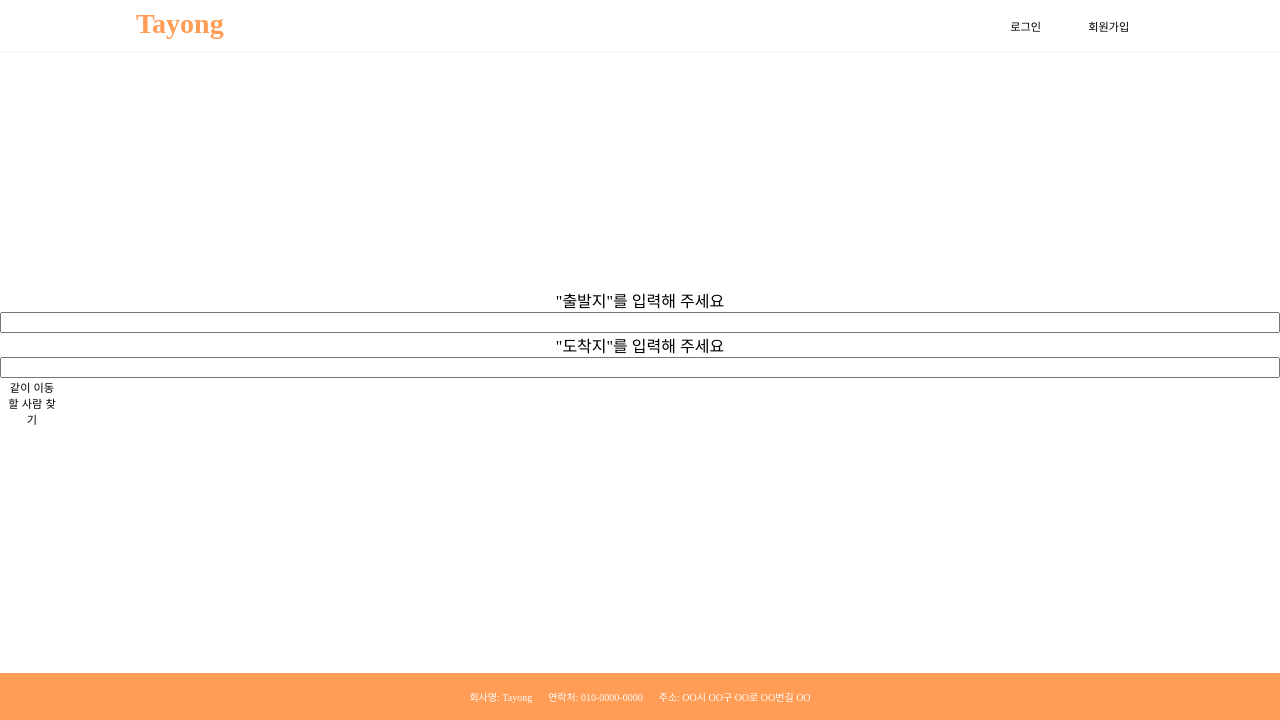
Repository: YEOMJINSEOP/playground
Page: / (app in tayong/)
An editor plug-in stored every save of this project. The page is shown before and after the next save, followed by the edit.
The browser window is 1280 px wide. The pictures show the whole page.
The project was rebuilt for these pictures with package versions that can differ from the ones it lists, and the page was loaded fresh each time.

Above is the page before, as saved 2022-10-28 13:51:31.

After the next save:
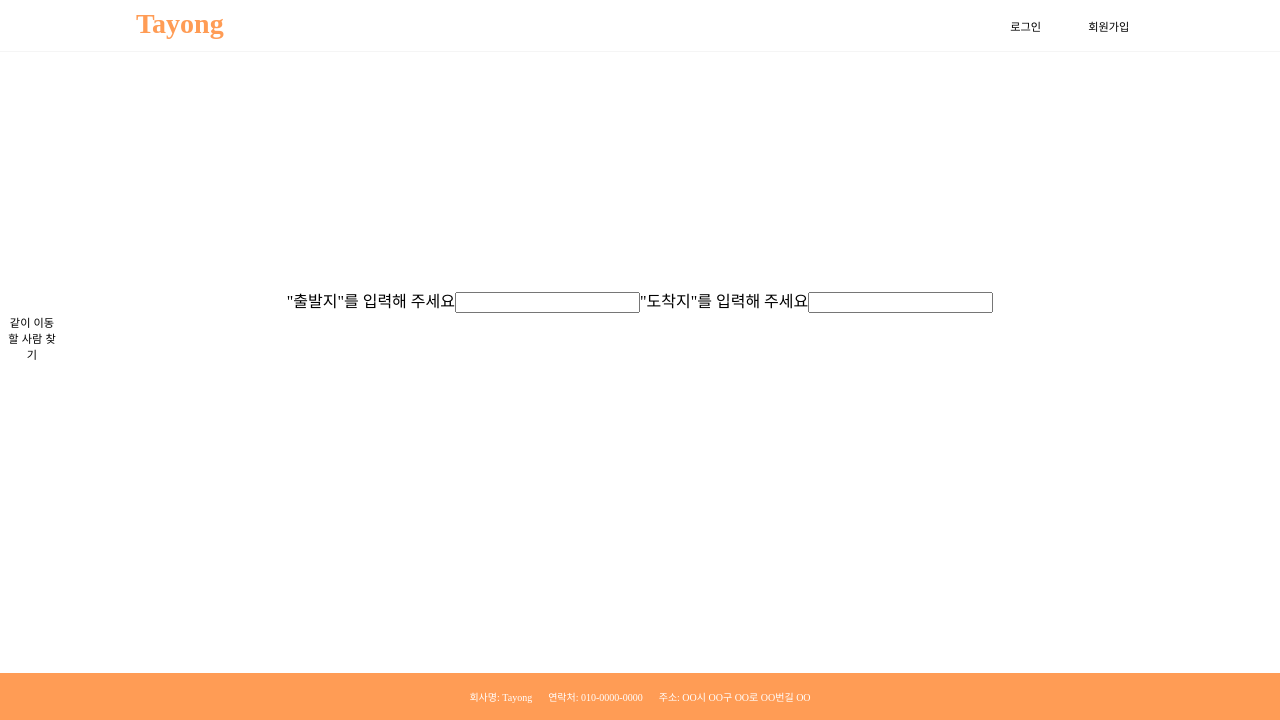
Saved 62 s later.
--- a/tayong/src/components/locationSelector/locationSelector.jsx
+++ b/tayong/src/components/locationSelector/locationSelector.jsx
@@ -6,29 +6,31 @@ function LocationSelector(props) {
   const [arrival, setArrival] = useState('');
   return (
     <form className={styles.locationSelector}>
+      <div className={styles.location}>
         <label htmlFor='departure'><span>"출발지"</span>를 입력해 주세요</label>
-        <input
+          <input
+            type="text"
+            id='departure'
+            name='departure'
+            value = {departure}
+            onChange = {
+              (e) => {
+                setDeparture(e.target.value);
+              }
+            }
+         />
+          <label htmlFor='arrival'><span>"도착지"</span>를 입력해 주세요</label>
+          <input
           type="text"
-          id='departure'
-          name='departure'
-          value = {departure}
-          onChange = {
+          id='arrival'
+          name='arrival'
+          value={arrival}
+          onChange={
             (e) => {
-              setDeparture(e.target.value);
+              setArrival(e.target.value);
             }
-          }
-       />
-        <label htmlFor='arrival'><span>"도착지"</span>를 입력해 주세요</label>
-        <input
-        type="text"
-        id='arrival'
-        name='arrival'
-        value={arrival}
-        onChange={
-          (e) => {
-            setArrival(e.target.value);
-          }
-        } />
+          } />
+      </div>
         <button>같이 이동할 사람 찾기</button>
     </form>
   );
